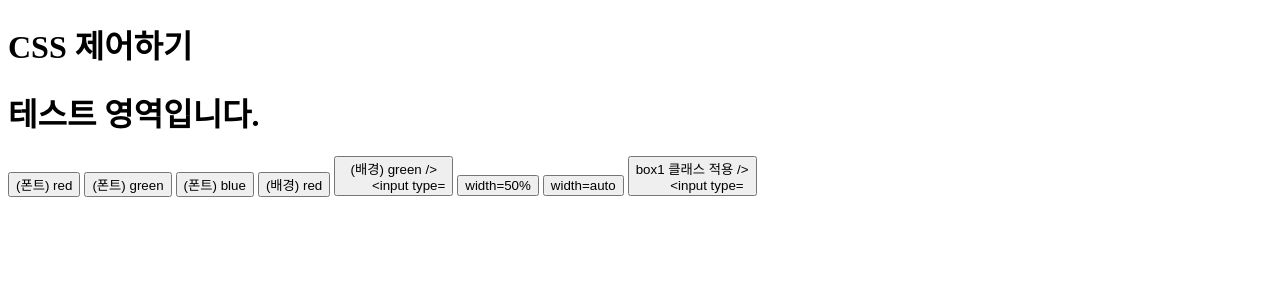
Repository: ssummini/Web
Page: jQuery/src/main/webapp/04_jQueryCSS/exam01.html
These files come from the project's save history. The page is drawn as it stood at one moment and after a run of saves; the edit follows.
The browser window is 1280 px wide. The pictures show the whole page.

Above is the page before, as saved 2024-08-23 06:39:54.

After the next 2 saves:
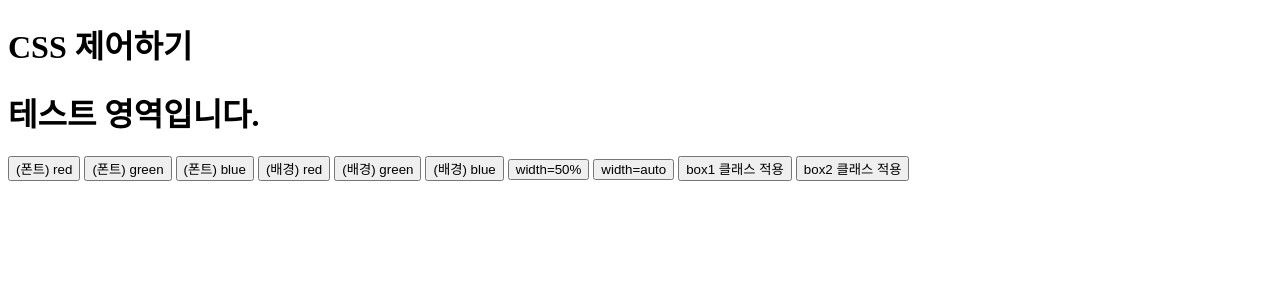
The 2 saves are shown as one change because they came seconds apart.
The last was saved 43 s later.
--- a/jQuery/src/main/webapp/04_jQueryCSS/exam01.html
+++ b/jQuery/src/main/webapp/04_jQueryCSS/exam01.html
@@ -12,11 +12,11 @@
 	<input type="button" id="btn2" value="(폰트) green" />
 	<input type="button" id="btn3" value="(폰트) blue" />
 	<input type="button" id="btn4" value="(배경) red" />
-	<input type="button" id="btn5" value="(배경) green />
+	<input type="button" id="btn5" value="(배경) green" />
 	<input type="button" id="btn6" value="(배경) blue" />
 	<input type="button" id="btn7" value="width=50%" />
 	<input type="button" id="btn8" value="width=auto" />
-	<input type="button" id="btn9" value="box1 클래스 적용 />
+	<input type="button" id="btn9" value="box1 클래스 적용" />
 	<input type="button" id="btn10" value="box2 클래스 적용" />
 
 <script type="text/javascript" src="http://code.jquery.com/jquery-3.7.1.min.js"></script>
